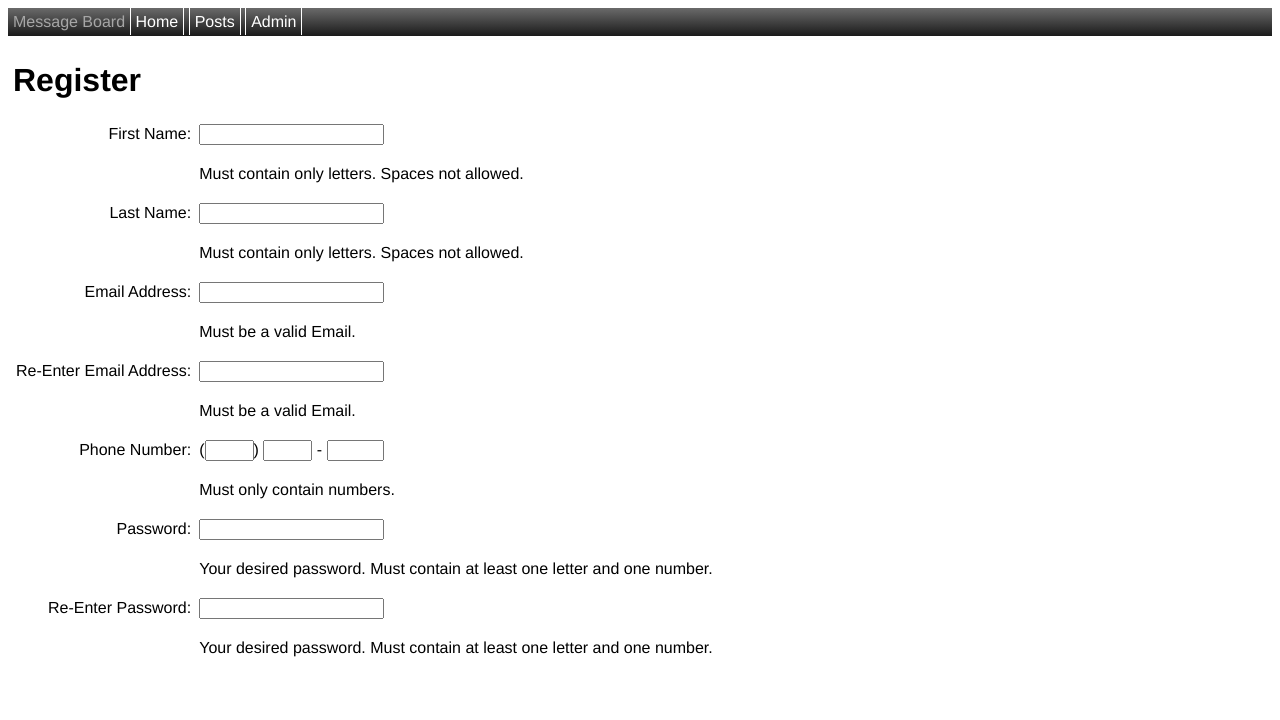
Repository: JesseFo/Whitespace
Page: whitespace/WebContent/WEB-INF/register.html
An editor plug-in stored every save of this project. The page is shown before and after the next save, followed by the edit.
The browser window is 1280 px wide. The pictures show the whole page.

Above is the page before, as saved 2015-10-15 08:25:41.

### whitespace/WebContent/WEB-INF/register.html
<!DOCTYPE html>

<html>
	<head>
		<meta charset="ISO-8859-1">
		<title>COMP 3095 Message Board</title>
		<link rel="stylesheet" type="text/css" href="main.css">
	</head>

	<body>
		<div id="wrapper">
			<nav>
				Message Board
				<a href="#">Home</a>
				<a href="posts.html">Posts</a>
				<a href="#">Admin</a>
			</nav>

			<div id="content">
				<h1>Register</h1>
				<form action="#" method="post">
					<table>
						<tr>
							<td class="formlabel">First Name:</td>
							<td><input type="text" name="fname" /></td>
						</tr>
						<tr>
							<td>&nbsp;</td>
							<td><p>Must contain only letters. Spaces not allowed.</p></td>
						</tr>
						<tr>
							<td class="formlabel">Last Name:</td>
							<td><input type="text" name="lname" /></td>
						</tr>
						<tr>
							<td>&nbsp;</td>
							<td><p>Must contain only letters. Spaces not allowed.</p></td>
						</tr>
						<tr>
							<td class="formlabel">Email Address:</td>
							<td><input type="text" name="email" /></td>
						</tr>
						<tr>
							<td>&nbsp;</td>
							<td><p>Must be a valid Email.</p></td>
						</tr>
						<tr>
							<td class="formlabel">Re-Enter Email Address:</td>
							<td><input type="text" name="email2" /></td>
						</tr>
						<tr>
							<td>&nbsp;</td>
							<td><p>Must be a valid Email.</p></td>
						</tr>
						<tr>
							<td class="formlabel">Phone Number:</td>
							<td>
								(<input class="phone" type="text" name="phone1" maxlength="3" size="3" />)
								<input class="phone" type="text" name="phone2" maxlength="3" size="3" /> -
								<input class="phone" type="text" name="phone3" maxlength="4" size="4" />
							</td>
						</tr>
						<tr>
							<td>&nbsp;</td>
							<td><p>Must only contain numbers.</p></td>
						</tr>
						<tr>
							<td class="formlabel">Password:</td>
							<td><input type="text" name="pword" /></td>
						</tr>
						<tr>
							<td>&nbsp;</td>
							<td><p>Your desired password. Must contain at least one letter and one number.</p></td>
						</tr>
						<tr>
							<td class="formlabel">Re-Enter Password:</td>
							<td><input type="text" name="pword2" /></td>
						</tr>
						<tr>
							<td>&nbsp;</td>
							<td><p>Your desired password. Must contain at least one letter and one number.</p></td>
						</tr>
					</table>
				</form>
			</div>
		</div>
	</body>
</html>

### whitespace/WebContent/WEB-INF/main.css
@CHARSET "ISO-8859-1";

#wrapper
{
	font-family: Helvetica, Arial, sans-serif;
}

nav
{
  background: -webkit-linear-gradient(#6A6A6A, #1A1A1A); /* For Safari 5.1 to 6.0 */
  background: -o-linear-gradient(#6A6A6A, #1A1A1A); /* For Opera 11.1 to 12.0 */
  background: -moz-linear-gradient(#6A6A6A, #1A1A1A); /* For Firefox 3.6 to 15 */
  background: linear-gradient(#6A6A6A, #1A1A1A); /* Standard syntax */
  color: #A6A6A6;
  padding: 5px
}

nav > a
{
	text-decoration: none;
	color: white;
	padding: 5px;
	border-left: 1px solid white;
	border-right: 1px solid white;
	margin: 0;
}

#content
{
	padding: 5px;
}

td
{
	padding-right: 5px;
}

.formlabel
{
	text-align: right;
}

After the next save:
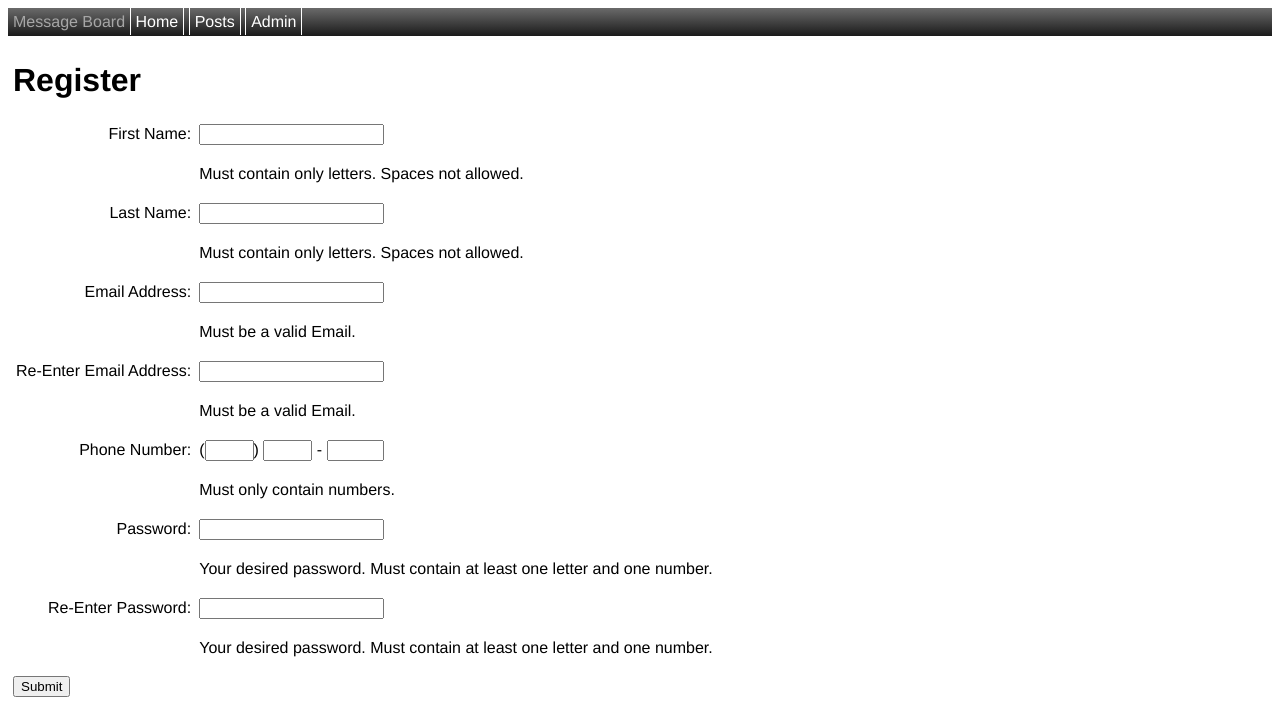
Saved 81 s later.
--- a/whitespace/WebContent/WEB-INF/register.html
+++ b/whitespace/WebContent/WEB-INF/register.html
@@ -81,6 +81,7 @@
 							<td><p>Your desired password. Must contain at least one letter and one number.</p></td>
 						</tr>
 					</table>
+					<input type="submit" value="Submit"/>
 				</form>
 			</div>
 		</div>
